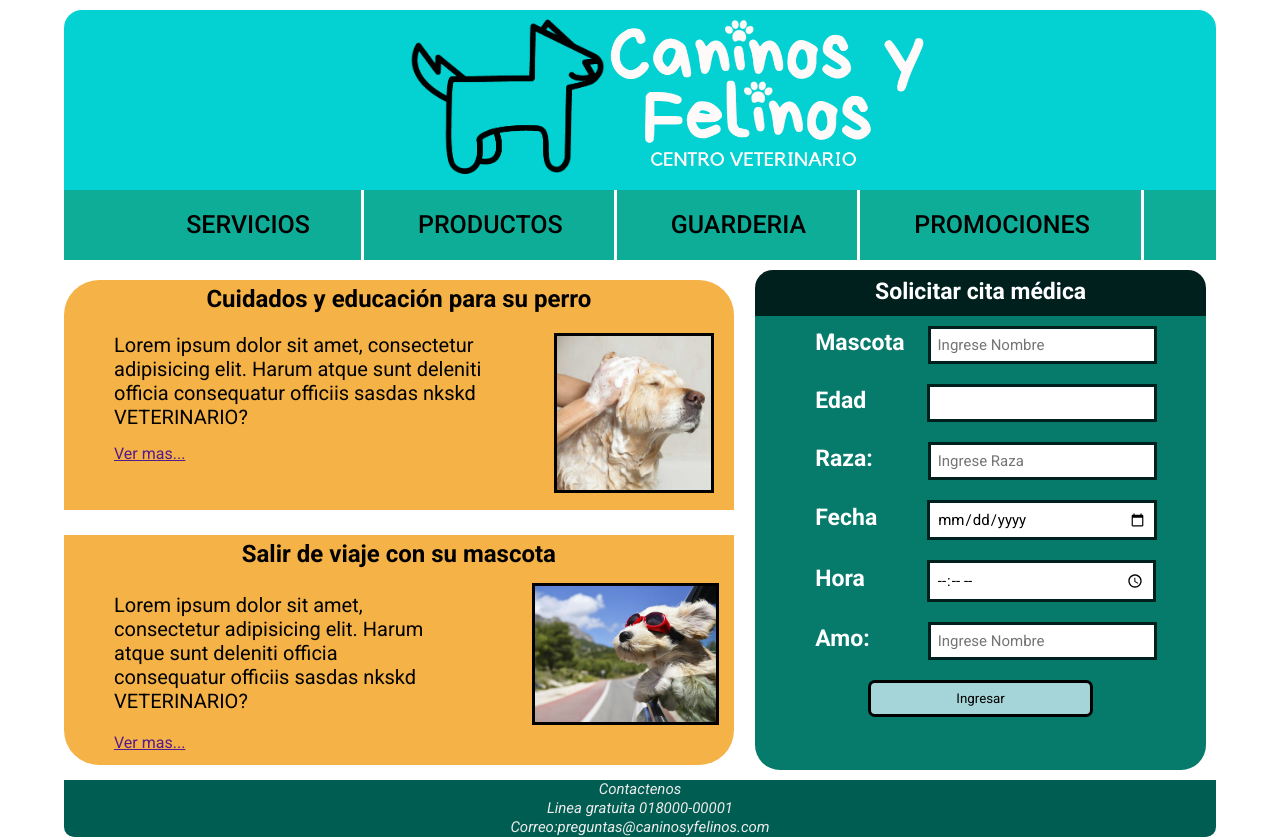
Repository: NickArregoces/Veterinaria
Page: Index.html
These files come from the project's save history. The page is drawn as it stood at one moment and after the next save; the edit follows.
The browser window is 1280 px wide. The pictures show the whole page.

Above is the page before, as saved 2021-10-15 15:17:02.

After the next save:
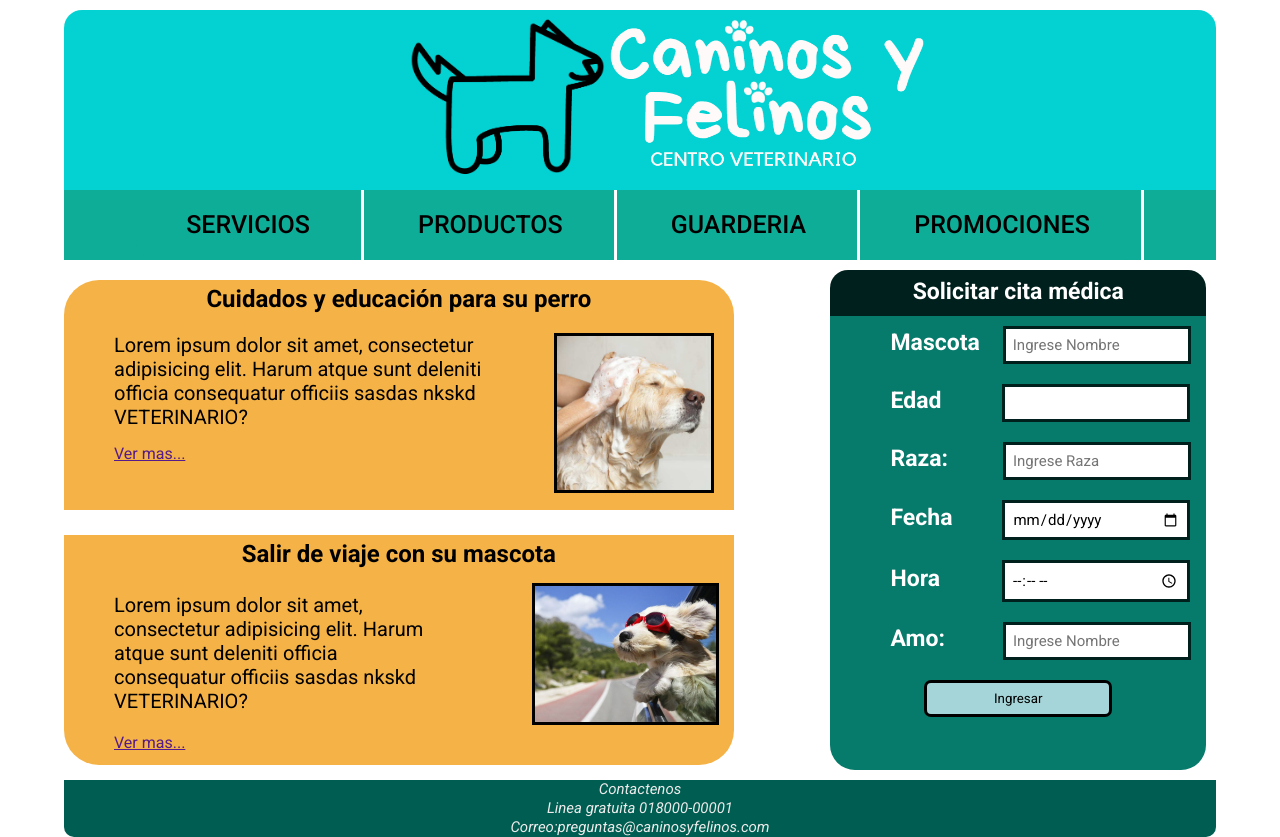
Saved 39 s later.
--- a/CSS/Style.css
+++ b/CSS/Style.css
@@ -68,6 +68,8 @@
 .section{
     width: 40%;
     float: right;
+    display: flex;
+    flex-flow: row wrap;
 }
     form{
         background: rgb(6, 122, 107);

After the 2 saves that followed:
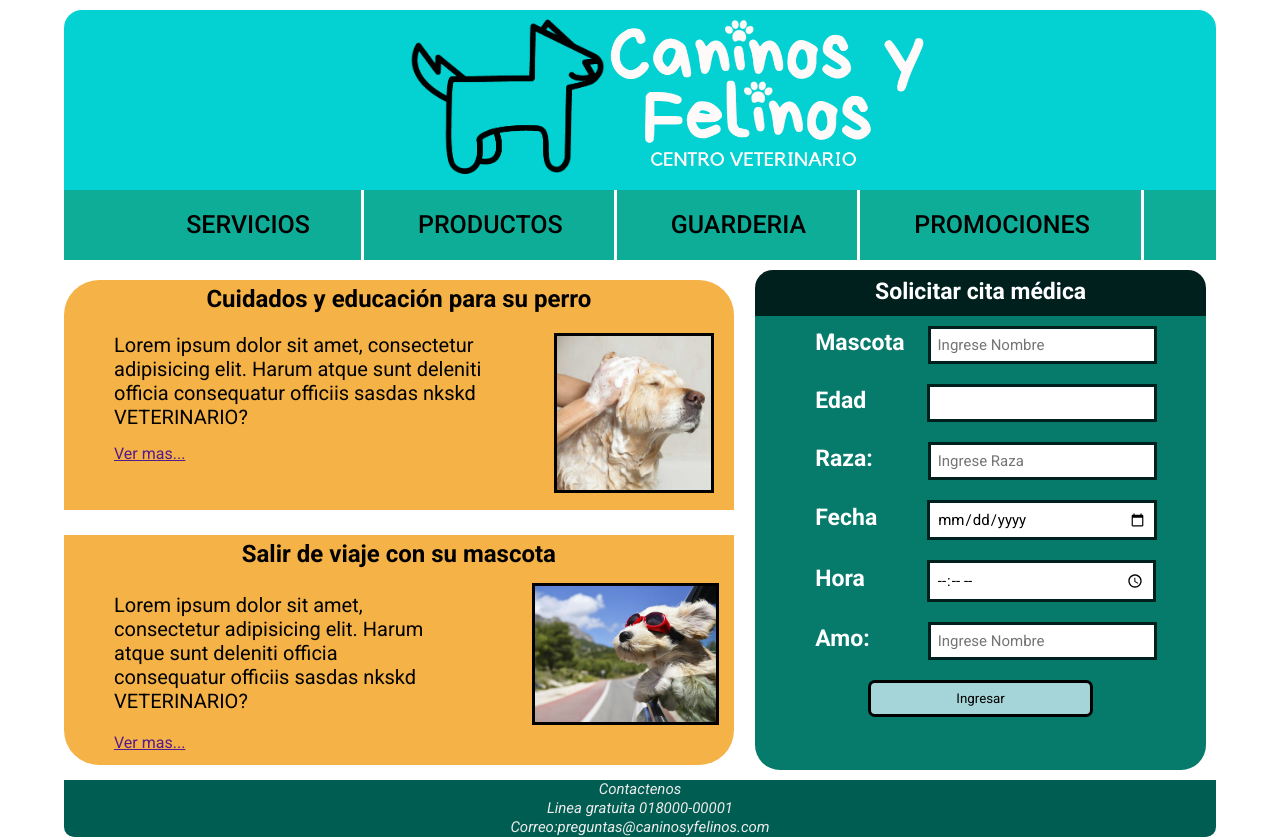
The 2 saves are shown as one change because they came seconds apart.
The last was saved 37 s later.
--- a/CSS/Style.css
+++ b/CSS/Style.css
@@ -77,6 +77,7 @@
         margin-top: 10px;
         margin-right:10px;
         margin-bottom: 10px;
+        width: 100%;
         height: 500px;
     }
         form h3{
